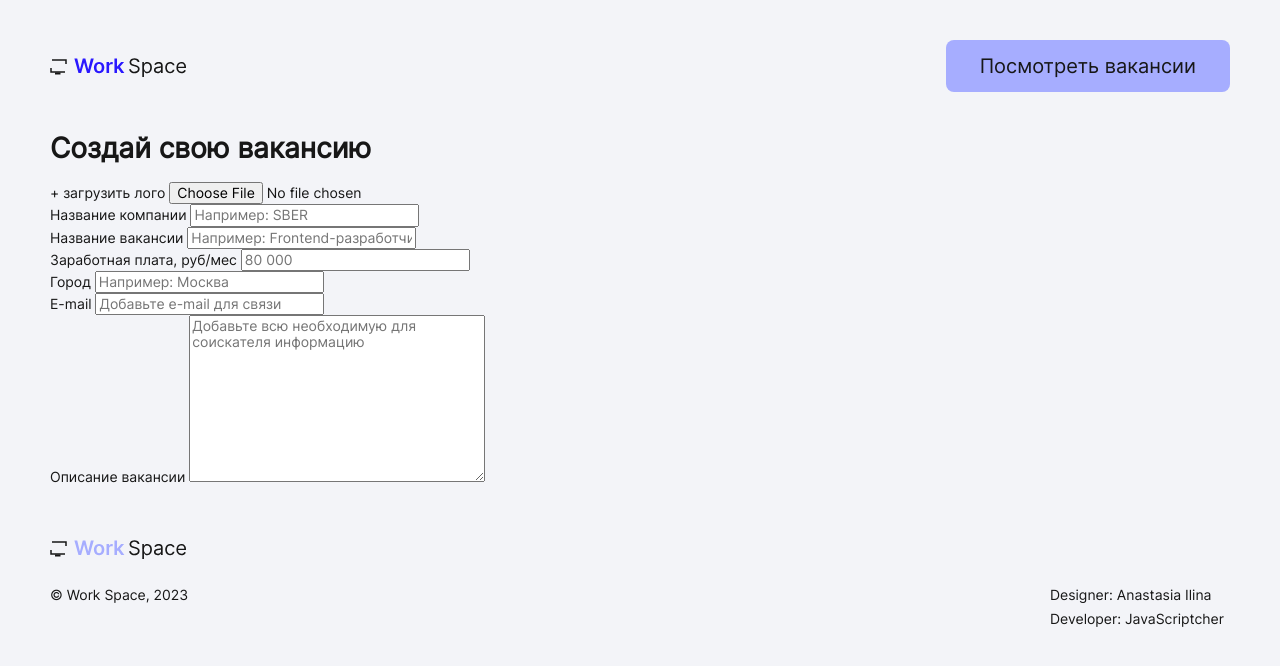
Repository: alexboagreek/workspace_js
Page: employer.html
The author's editor kept a copy of each file at every save. The page is drawn from the files as they stood at one save, then again after the next save.
The browser window is 1280 px wide. The pictures show the whole page.

Above is the page before, as saved 2023-09-12 12:07:41.
Console error: TypeError: Cannot read properties of null (reading 'addEventListener')

### employer.html
<!DOCTYPE html>
<html lang="ru">
  <head>
    <meta charset="UTF-8" />
    <meta name="viewport" content="width=device-width, initial-scale=1.0" />
    <title>Workspace - добавить вакансию</title>

    <link rel="stylesheet" href="index.css" />

    <script src="js/choices.min.js" defer></script>
    <script src="js/script.js" defer></script>
  </head>

  <body>
    <header class="header">
      <div class="container header__container">
        <img class="header__logo" src="img/logo.svg" alt="Логитип WorkSpace" />

        <a class="header__link" href="#vacancies">Посмотреть вакансии</a>
      </div>
    </header>

    <main>
      <section class="employer">
        <div class="container">
          <h1 class="employer__title">Создай свою вакансию</h1>

          <form class="employer__form">
            <div class="employer__file file">
              <div class="file__wrap-preview">
                <img src="#" alt="" class="file__preview" />
              </div>

              <div class="file__wrap-btn">
                <label for="logo" class="file__label"> + загрузить лого </label>
                <input
                  name="logo"
                  type="file"
                  class="file__input"
                  id="logo"
                  accept="image/png, image/jpeg"
                />
              </div>

              <fieldset class="employer__fildset">
                <div class="employer__wrap-input">
                  <label class="employer__label" for="company"
                    >Название компании</label
                  >

                  <input
                    type="text"
                    class="employer__input"
                    id="company"
                    name="company"
                    placeholder="Например: SBER"
                  />
                </div>
              </fieldset>

              <fieldset class="employer__fieldset-input">
                <div class="employer__wrap-input">
                  <label class="employer__label" for="title"
                    >Название вакансии</label
                  >

                  <input
                    type="text"
                    class="employer__input"
                    id="title"
                    name="title"
                    placeholder="Например: Frontend-разработчик"
                  />
                </div>
              </fieldset>

              <fieldset class="employer__fildset">
                <div class="employer__wrap-input">
                  <label class="employer__label" for="salary"
                    >Заработная плата, руб/мес</label
                  >

                  <input
                    type="number"
                    class="employer__input"
                    id="salary"
                    name="salary"
                    placeholder="80 000"
                  />
                </div>
              </fieldset>

              <fieldset class="employer__fildset">
                <div class="employer__wrap-input">
                  <label class="employer__label" for="location">Город</label>

                  <input
                    type="text"
                    class="employer__input"
                    id="location"
                    name="location"
                    placeholder="Например: Москва"
                  />
                </div>
              </fieldset>

              <fieldset class="employer__fildset">
                <div class="employer__wrap-input">
                  <label class="employer__label" for="email">E-mail</label>

                  <input
                    type="email"
                    class="employer__input"
                    id="email"
                    name="email"
                    placeholder="Добавьте e-mail для связи"
                  />
                </div>
              </fieldset>
            </div>

            <fieldset class="employer__fieldset-textarea">
              <label class="employer__label" for="description"
                >Описание вакансии</label
              >

              <textarea
                name=""
                id=""
                cols="30"
                rows="10"
                placeholder="Добавьте всю необходимую для соискателя информацию"
              ></textarea>
            </fieldset>
          </form>
        </div>
      </section>
    </main>

    <footer class="footer">
      <div class="container footer__container">
        <img
          class="footer__logo"
          src="img/logo-footer.svg"
          alt="Логотип WorkSpace"
        />

        <p class="footer__copyright">© Work Space, 2023</p>

        <ul class="footer__contacts">
          <li class="footer__contact">
            Designer:
            <a class="footer__link" href="#">Anastasia Ilina</a>
          </li>
          <li class="footer__contact">
            Developer:
            <a class="footer__link" href="#">JavaScriptcher</a>
          </li>
        </ul>
      </div>
    </footer>
  </body>
</html>

### index.css
@import "style/normalize.css";
@import "style/choices.min.css";
@import "style/style.css";
@import "style/header.css";
@import "style/hero.css";
@import "style/vacancies.css";
@import "style/filter.css";
@import "style/choices.css";
@import "style/checkbox.css";
@import "style/cards.css";
@import "style/vacancy.css";
@import "style/footer.css";
@import "style/modal.css";
@import "style/detail.css";

### style/style.css
@font-face {
  font-family: Inter;
  font-weight: 400;
  src: url("../fonts/inter-regular.woff2") format("woff2"),
    url("../fonts/inter-regular.woff") format("woff");
}

html {
  scroll-behavior: smooth;
  position: relative;
  box-sizing: border-box;
}

*,
*:before,
*:after {
  box-sizing: inherit;
}

body {
  min-width: 320px;
  min-height: 100vh;
  font-family: Inter, sans-serif;
  font-size: 14px;
  color: #171717;
  background-color: #f3f4f8;
  line-height: 1.2;
}

img,
svg {
  max-width: 100%;
  max-height: 100%;
  height: auto;
}

button {
  padding: 0;
  border: 0;
  cursor: pointer;
  background-color: transparent;
}

a {
  text-decoration: none;
  color: inherit;
}

ul {
  padding: 0;
  margin: 0;
  list-style: none;
}

h1,
h2,
h3,
p {
  margin: 0;
}

fieldset {
  padding: 0;
  margin: 0;
  border: 0;
}

.visually-hidden {
  position: fixed;
  transform: scale(0);
}

.container {
  --width: 1180px;
  --padding: 30px;
  max-width: calc(var(--width) + var(--padding) * 2);
  margin: 0 auto;
  padding: 0 var(--padding);
}

.blue-text {
  color: #2a18ff;
}

@media (max-width: 1140px) {
  .container {
    --width: 880px;
  }
}

@media (max-width: 940px) {
  .container {
    --width: 680px;
  }
}

@media (max-width: 640px) {
  .container {
    --padding: 15px;
  }
}

### style/header.css
.header {
  padding: 40px 0;
}

.header__container {
  display: flex;
  align-items: center;
  justify-content: space-between;
}

.header__link {
  padding: 12px 32px;
  border-radius: 8px;
  background-color: #a6adff;
  font-size: 20px;
  border: 2px solid transparent;
  transition-property: color, background-color;
  transition-duration: 0.2s;
  transition-timing-function: ease-in-out;
}

.header__link:focus-visible {
  border-color: #4f58be;
}

.header__link:hover {
  color: #fff;
  background-color: #2a18ff;
}

@media (max-width: 1140px) {
  .header {
    padding: 32px 0 40px;
  }
}

@media (max-width: 940px) {
  .header {
    padding: 24px 0 30px;
  }

  .header__link {
    padding: 8px 23px;
    font-size: 14px;
  }
}

@media (max-width: 640px) {
  .header {
    padding: 24px 0 20px;
  }

  .header__link {
    display: none;
  }
}

### style/hero.css
.hero {
  padding: 60px 0 50px;
}

.hero__container {
  position: relative;
  padding-top: 57px;
  padding-bottom: 57px;
}

.hero__container:after {
  content: "";
  position: absolute;
  right: -9px;
  top: 0;
  bottom: 0;
  width: 421px;
  background: url("../img/laptop.png") no-repeat center/contain;
}

.hero__title {
  position: relative;
  z-index: 2;
  max-width: 780px;
  font-size: 90px;
  letter-spacing: 1.8px;
  text-transform: uppercase;
}

@media (max-width: 1140px) {
  .hero {
    padding: 40px 0;
  }

  .hero__container {
    padding-top: 53px;
    padding-bottom: 53px;
  }

  .hero__container:after {
    width: 340px;
  }

  .hero__title {
    max-width: 580px;
    font-size: 64px;
    letter-spacing: 1.28px;
  }
}

@media (max-width: 940px) {
  .hero {
    padding: 30px 0;
  }

  .hero__container {
    padding-top: 40px;
    padding-bottom: 40px;
  }

  .hero__container:after {
    width: 269px;
  }

  .hero__title {
    max-width: 450px;
    font-size: 52px;
    letter-spacing: 1.04px;
  }
}

@media (max-width: 640px) {
  .hero {
    padding-top: 20px;
    padding-bottom: 10px;
  }

  .hero__container {
    padding-top: 0;
    padding-bottom: 234px;
  }

  .hero__title {
    max-width: 290px;
    text-align: center;
    margin: 0 auto;
    font-size: 32px;
  }

  .hero__container:after {
    right: auto;
    top: auto;
    height: 269px;
    left: 50%;
    transform: translateX(-50%);
    background-position: bottom;
  }
}

### style/vacancies.css
.vacancies {
  padding: 50px 0;
}

.vacancies__container {
  display: flex;
  align-items: start;
  gap: 24px 20px;
}

.vacancies__filter-btn {
  display: none;
}

.vacancies__filter {
  flex: 0 0 280px;
}

.vacancies__cards {
  flex-basis: 100%;
}

@media (max-width: 1140px) {
  .vacancies {
    padding: 40px 0;
  }
}

@media (max-width: 940px) {
  .vacancies {
    padding: 30px 0;
  }

  .vacancies__container {
    flex-direction: column;
    row-gap: 0;
  }

  .vacancies__filter-btn {
    display: flex;
    align-items: center;
    margin-bottom: 24px;
    transition-property: margin-bottom, color;
    transition-duration: 0.2s, 0.3s;
    transition-timing-function: ease-in-out;
    transition-delay: 0.2s, 0s;
    color: #2a18ff;
    line-height: 20px;
  }

  .vacancies__filter-btn:hover:not(:focus) {
    color: #a6adff;
  }

  .vacancies__filter-btn-arrow {
    position: relative;
    top: -2px;
    display: block;
    width: 20px;
    height: 20px;
  }

  .vacancies__filter-btn_active {
    margin-bottom: 32px;
    transition-delay: 0s;
  }

  .vacancies__filter-btn_active .vacancies__filter-btn-arrow {
    transform: rotate(180deg);
    top: 2px;
  }

  .vacancies__filter {
    width: 100%;
    flex-basis: auto;
    height: 0;
    overflow: hidden;
    transition: height 0.4s ease-in-out;
  }

  .vacancies__filter_active {
    height: auto;
    margin-bottom: 40px;
  }

  .vacancies__cards {
    width: 100%;
  }
}

@media (max-width: 640px) {
  .vacancies__filter-btn_active {
    margin-bottom: 24px;
  }
}

### style/filter.css
.filter {
  position: relative;
}

.filter__reset {
  position: absolute;
  top: 7px;
  right: 0;
  color: #ccc;
}

.filter__title {
  font-size: 20px;
  font-weight: 400;
  margin-bottom: 32px;
}

.filter__form {
  display: flex;
  flex-direction: column;
  gap: 32px;
}

.filter__fieldset {
  display: flex;
  flex-direction: column;
  align-items: start;
}

.filter__legend {
  margin-bottom: 12px;
}

.filter__select {
  width: 100%;
}

.filter__range {
  display: flex;
  align-items: center;
  justify-content: space-between;
  gap: 10px;
}

.filter__label:not(:last-child) {
  margin-bottom: 8px;
}

.filter__input {
  flex: 1 1 50%;
  width: 100%;
  padding: 0 16px;
  height: 32px;
  border: 0;
}

.filter__input::placeholder {
  color: #ccc;
}

.filter__checkboxes {
  display: flex;
  flex-direction: column;
  gap: 32px;
}

.filter__button {
  padding: 8px 24px;
  border-radius: 4px;
  background-color: #a6adff;
  border: 2px solid transparent;
  transition-property: color, background-color;
  transition-duration: 0.2s;
  transition-timing-function: ease-in-out;
}

.filter__button:focus-visible {
  border-color: #4f58be;
}

.filter__button:hover {
  color: #fff;
  background-color: #2a18ff;
}

@media (max-width: 940px) {
  .filter__title {
    position: fixed;
    transform: scale(0);
  }

  .filter__input {
    max-width: 140px;
  }

  .filter__checkboxes {
    display: grid;
    grid-template-columns: repeat(auto-fit, minmax(180px, 1fr));
    gap: 24px 70px;
  }

  .filter__buttons {
    display: flex;
    gap: 16px;
    align-items: center;
  }

  .filter__reset {
    position: static;
  }
}

### style/choices.css
.choices {
  width: 100%;
}

.choices__inner {
  background-color: #fff;
  padding: 6px 16px;
  min-height: 32px;
  border: 0;
}

.choices__list--single {
  padding: 0;
}

.choices[data-type*="select-one"]::after {
  width: 20px;
  height: 20px;
  background: url("../img/arrow.svg") no-repeat center/contain;
  border: 0;
  top: 6px;
  right: 16px;
  margin-top: 0;
}

.choices[data-type*="select-one"].is-open::after {
  transform: rotate(180deg);
  margin-top: 0;
}

### style/checkbox.css
.checkbox {
  position: relative;
  display: block;
  line-height: 20px;
  padding-left: 28px;
}

.checkbox__input {
  -webkit-appearance: none;
  -moz-appearance: none;
  appearance: none;
  position: absolute;
  width: 20px;
  height: 20px;
  left: 0;
  top: 0;
  bottom: 0;
  background-color: #fff;
  border-radius: 4px;
}

.checkbox__input:after {
  content: "";
  position: absolute;
  inset: 0;
  display: block;
  background: url("../img/check.svg") no-repeat center;
  opacity: 0;
  transition: opacity 0.2s ease-in-out;
}

.checkbox__input:checked:after {
  opacity: 1;
}

.checkbox__input:focus-visible {
  outline: none;
  box-shadow: 0px 2px 10px rgba(0, 0, 0, 0.25);
}

.checkbox__input:hover:not(:disabled) {
  box-shadow: 0px 2px 10px rgba(166, 173, 255, 0.55);
}

.checkbox__input:disabled {
  background-color: #ccc;
}

### style/cards.css
.cards__list {
  display: grid;
  grid-template-columns: repeat(auto-fit, minmax(280px, 1fr));
  gap: 20px;
}

@media (max-width: 940px) {
  .cards__list {
    grid-template-columns: repeat(auto-fit, minmax(220px, 1fr));
    gap: 10px;
  }
}

### style/vacancy.css
.vacancy {
  border-radius: 16px;
  background-color: #fff;
  padding: 16px;
  height: 100%;
  cursor: pointer;
  outline: none;
  border: 2px solid transparent;
}

.vacancy:hover {
  background-color: #f9faff;
}

.vacancy:focus-visible {
  border-color: #a6adff;
}

.vacancy__img {
  max-height: 44px;
  margin-bottom: 12px;
  display: block;
}

.vacancy__company {
  font-size: 20px;
  margin-bottom: 8px;
}

.vacancy__title {
  display: inline-block;
  padding: 3px 5px;
  font-size: 14px;
  font-weight: 400;
  border-radius: 4px;
  background-color: #eaecff;
  margin-bottom: 8px;
}

.vacancy__field {
  color: #ccc;
}

### style/footer.css
.footer {
  padding: 50px 0 40px;
}

.footer__container {
  display: grid;
  gap: 27px;
  grid-template-areas:
    "logo ."
    "copyright contacts";
}

.footer__logo {
  grid-area: logo;
}

.footer__copyright {
  grid-area: copyright;
}

.footer__contacts {
  grid-area: contacts;
  justify-self: end;
  min-width: 180px;
}

.footer__contact {
  margin-bottom: 8px;
}

.footer__contact:last-child {
  margin-bottom: 0;
}

.footer__link:hover {
  color: brown;
}

@media (max-width: 1140px) {
  .footer {
    padding: 40px 0 32px;
  }
}

@media (max-width: 940px) {
  .footer {
    padding: 30px 0 24px;
  }
}

@media (max-width: 640px) {
  .footer {
    padding-top: 20px;
  }

  .footer__container {
    grid-template-areas:
      "logo"
      "copyright"
      "contacts";
  }

  .footer__contacts {
    justify-self: start;
  }
}

### style/modal.css
.modal {
  position: fixed;
  z-index: 10;
  inset: 0;
  background-color: rgba(0, 0, 0, 0.5);
  cursor: pointer;
  padding: 30px;
  overflow-y: auto;
  display: flex;
}

.modal__main {
  position: relative;
  margin: auto;
  cursor: default;
}

.modal__close {
  background-color: transparent;
  border: none;
  cursor: pointer;
  position: absolute;
  top: 12px;
  right: 12px;
  padding: 0;
  line-height: 0;
  outline: 1px solid transparent;
  border-radius: 3px;
}

.modal__close:focus-visible {
  outline-color: gray;
}

@media (max-width: 640px) {
  .modal {
    padding: 30px 15px;
  }
}

### style/detail.css
.detail {
  max-width: 780px;
  border-radius: 16px;
  box-shadow: 0px 10px 50px 0px rgba(4, 0, 49, 0.1);
  background: #fff url("../img/likemen.png") no-repeat bottom right;
  background-size: 150px;
  padding: 36px 36px 80px;
}

.detail__header {
  display: grid;
  grid-template-columns: 101px 1fr;
  gap: 12px 20px;
  margin-bottom: 32px;
}

.detail__logo {
  width: 100%;
  max-height: 101px;
  grid-row: 1 / 3;
  align-self: center;
  justify-self: start;
}

.detail__company {
  font-size: 32px;
  letter-spacing: 0.64px;
  align-self: end;
  justify-self: start;
}

.detail__title {
  font-size: 20px;
  font-weight: 400;
  align-self: start;
  justify-self: start;
  border-radius: 4px;
  background-color: #eaecff;
  padding: 5px 10px;
}

.detail__main {
  display: flex;
  gap: 20px;
  margin-bottom: 32px;
}

.detail__description {
  max-width: 465px;
  line-height: 1.4;
}

.detail__fields {
  display: flex;
  flex-direction: column;
  align-items: start;
  gap: 4px;
}

.detail__field {
  padding: 3px 10px;
  border-radius: 30px;
  background-color: #eaecff;
}

.detail__resume {
  line-height: 1.4;
}

@media (max-width: 940px) {
  .detail {
    max-width: 680px;
    padding: 24px 24px 72px;
  }

  .detail__main {
    gap: 10px;
  }

  .detail__description {
    max-width: 418px;
  }
}

@media (max-width: 640px) {
  .detail {
    padding: 24px 15px;
    background-image: none;
  }

  .detail__header {
    grid-template-columns: 60px 1fr;
    gap: 4px 8px;
    margin-bottom: 24px;
  }

  .detail__company {
    font-size: 20px;
    letter-spacing: 0.4px;
  }

  .detail__title {
    font-size: 12px;
  }

  .detail__main {
    flex-direction: column;
    gap: 24px;
    margin-bottom: 24px;
  }

  .detail__description {
    max-width: 100%;
  }
}

Loaded but not shown: js/choices.min.js (library); style/normalize.css (library); style/choices.min.css (library); js/script.js (300 lines, source omitted)

After the next save:
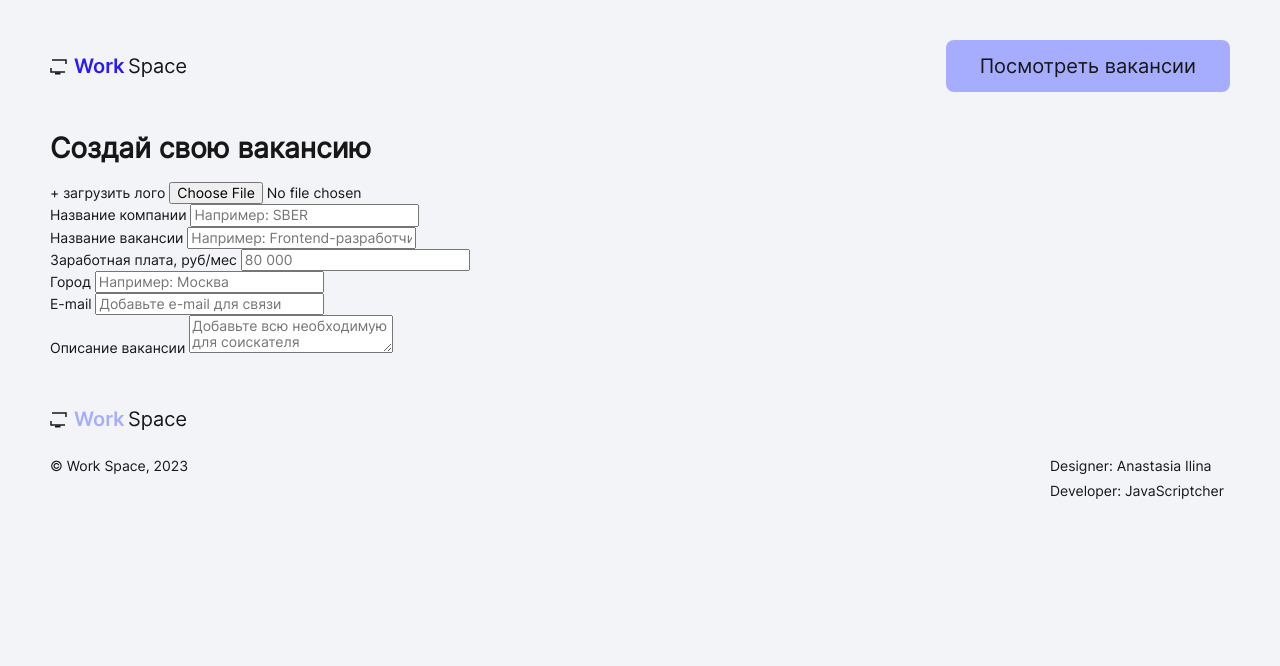
Saved 18 s later.
--- a/employer.html
+++ b/employer.html
@@ -127,8 +127,7 @@
               <textarea
                 name=""
                 id=""
-                cols="30"
-                rows="10"
+
                 placeholder="Добавьте всю необходимую для соискателя информацию"
               ></textarea>
             </fieldset>
